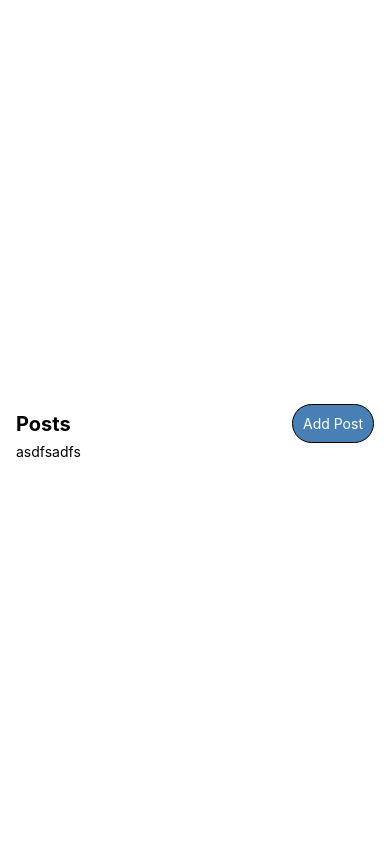
Repository: ntu34543/React-Native
Screen: / (app in demo/)
These files come from the project's save history. The screen is drawn as it stood at one moment and after the next save; the edit follows.
The page's requests for data from a server got no answer. The app was drawn by React Native's web renderer in a window 390 px wide. The project was rebuilt for these pictures with package versions that can differ from the ones it lists, and the page was loaded fresh each time. No one was signed in, and anything a server would have sent is missing. Also part of the build but not shown: demo/src/components/PostCardItem.js.

Above is the screen before, as saved 2022-09-13 15:02:21.

After the next save:
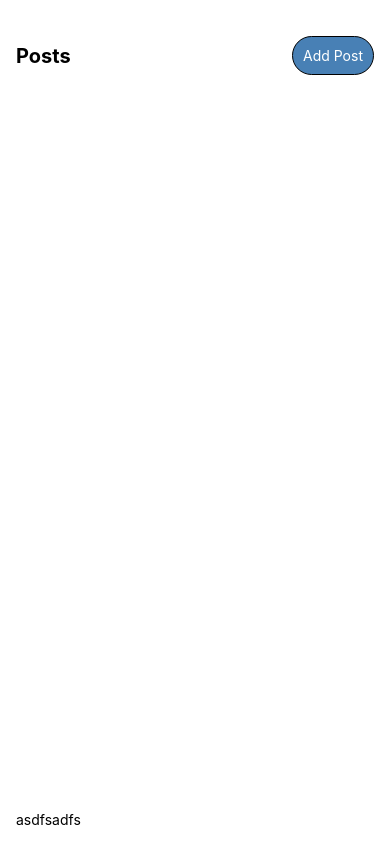
Saved 42 s later.
--- a/demo/App.js
+++ b/demo/App.js
@@ -125,23 +125,21 @@ export default function App() {
           <Text style={styles.btn}>Add Post</Text>
         </TouchableOpacity>
       </View>
-      <View>
-        <FlatList
-          data={data}
-          keyExtractor={(item, index) => item.id + index.toString()}
-          refreshing={loading}
-          onRefresh={getPosts}
-          renderItem={({ item }) => (
-            <PostCardItem
-              title={item.title}
-              author={item.author}
-              onEdit={() => edit(item.id, item.title, item.author)}
-              onDelete={() => deletePost(item.id)}
-            />
-          )}
-        />
-        <Text>asdfsadfs</Text>
-      </View>
+      <FlatList
+        data={data}
+        keyExtractor={(item, index) => item.id + index.toString()}
+        refreshing={loading}
+        onRefresh={getPosts}
+        renderItem={({ item }) => (
+          <PostCardItem
+            title={item.title}
+            author={item.author}
+            onEdit={() => edit(item.id, item.title, item.author)}
+            onDelete={() => deletePost(item.id)}
+          />
+        )}
+      />
+      <Text>asdfsadfs</Text>
       <ModalView
         visible={visible}
         title="Add Post"
